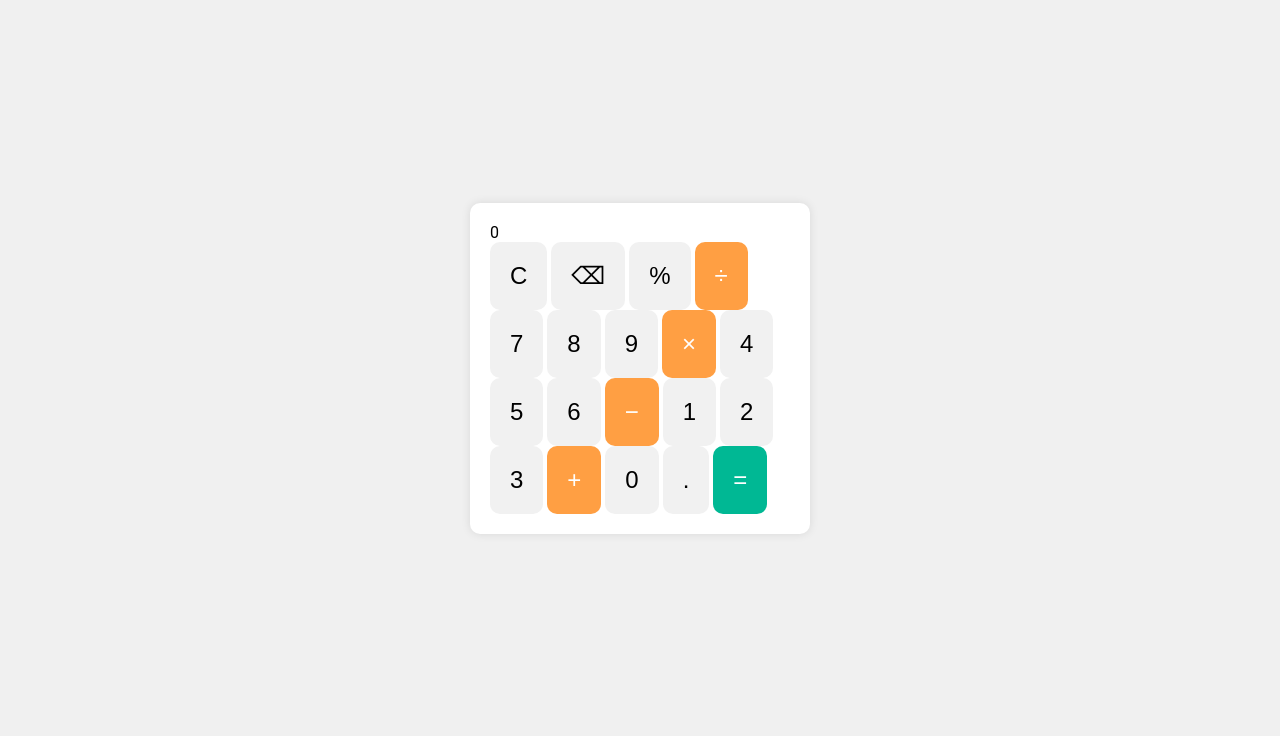
Repository: Barnabasbag/New-folder--2-
Page: in1.html
An editor plug-in stored every save of this project. The page is shown before and after the next save, followed by the edit.
The browser window is 1280 px wide. The pictures show the whole page.

Above is the page before, as saved 2024-06-26 23:37:03.
Not found: script.js

### in1.html
<!DOCTYPE html>
<html lang="en">
<head>
    <meta charset="UTF-8">
    <meta name="viewport" content="width=device-width, initial-scale=1.0">
    <title>Interactive Calculator</title>
    <link rel="stylesheet" href="styles.css">
</head>
<body>
    <div class="container">
        <div class="calculator">
            <div class="display" id="display">0</div>
            <div class="buttons">
                <button class="button" onclick="clearDisplay()">C</button>
                <button class="button" onclick="deleteLast()">⌫</button>
                <button class="button" onclick="appendCharacter('%')">%</button>
                <button class="button operator" onclick="appendCharacter('/')">÷</button>
                <button class="button" onclick="appendCharacter('7')">7</button>
                <button class="button" onclick="appendCharacter('8')">8</button>
                <button class="button" onclick="appendCharacter('9')">9</button>
                <button class="button operator" onclick="appendCharacter('*')">×</button>
                <button class="button" onclick="appendCharacter('4')">4</button>
                <button class="button" onclick="appendCharacter('5')">5</button>
                <button class="button" onclick="appendCharacter('6')">6</button>
                <button class="button operator" onclick="appendCharacter('-')">−</button>
                <button class="button" onclick="appendCharacter('1')">1</button>
                <button class="button" onclick="appendCharacter('2')">2</button>
                <button class="button" onclick="appendCharacter('3')">3</button>
                <button class="button operator" onclick="appendCharacter('+')">+</button>
                <button class="button zero" onclick="appendCharacter('0')">0</button>
                <button class="button" onclick="appendCharacter('.')">.</button>
                <button class="button equals" onclick="calculate()">=</button>
            </div>
        </div>
    </div>
    <script src="script.js"></script>
</body>
</html>

### styles.css
body {
    display: flex;
    justify-content: center;
    align-items: center;
    height: 100vh;
    background-color: #f0f0f0;
    font-family: 'Roboto', sans-serif;
}

.calculator {
    background: #fff;
    padding: 20px;
    border-radius: 10px;
    box-shadow: 0px 0px 10px rgba(0, 0, 0, 0.1);
    width: 300px;
}

.calculator-display {
    background: #222;
    color: #fff;
    font-size: 2em;
    padding: 20px;
    border-radius: 10px;
    text-align: right;
    margin-bottom: 20px;
}

.calculator-buttons {
    display: grid;
    grid-template-columns: repeat(4, 1fr);
    gap: 10px;
}

.button {
    background: #f1f1f1;
    border: none;
    padding: 20px;
    font-size: 1.5em;
    border-radius: 10px;
    transition: background 0.3s ease;
}

.button:hover {
    background: #e1e1e1;
}

.operator {
    background: #ff9f43;
    color: white;
}

.equals {
    grid-column: span 4;
    background: #00b894;
    color: white;
}

After the next save:
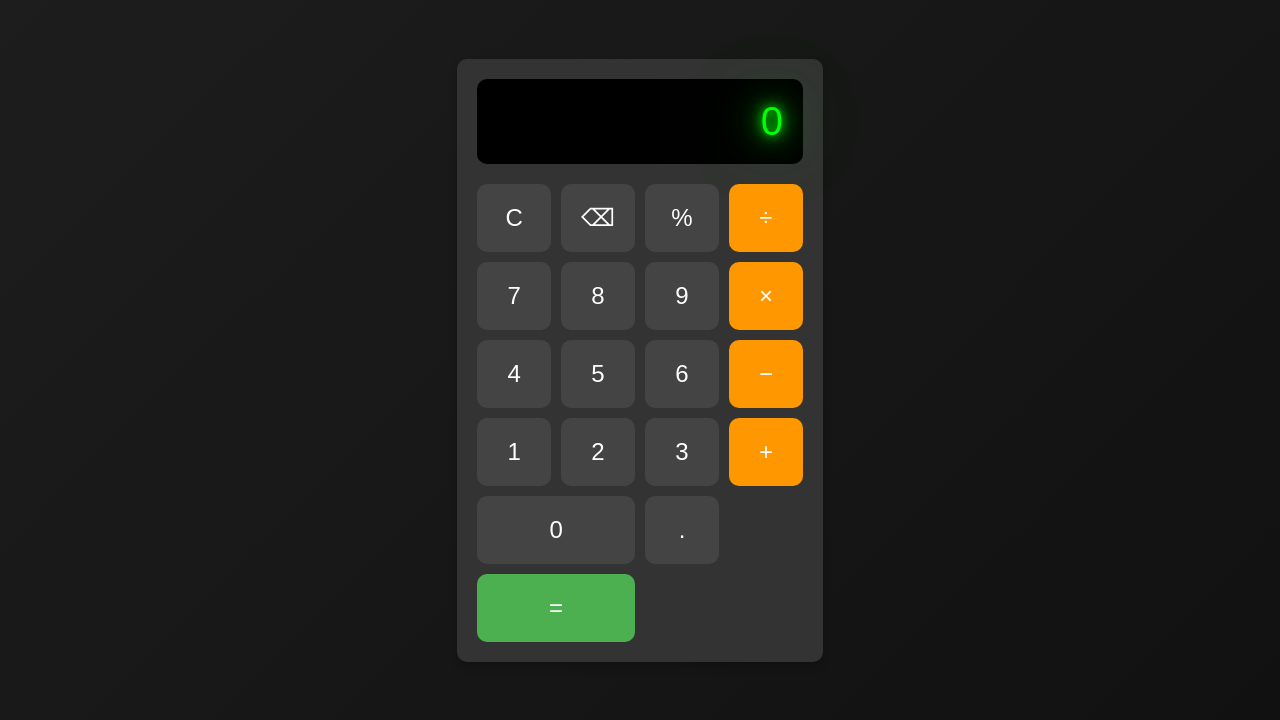
Saved 34 s later.
--- a/styles.css
+++ b/styles.css
@@ -3,54 +3,74 @@ body {
     justify-content: center;
     align-items: center;
     height: 100vh;
-    background-color: #f0f0f0;
-    font-family: 'Roboto', sans-serif;
+    margin: 0;
+    background: linear-gradient(135deg, #1d1d1d 0%, #111 100%);
+    font-family: 'Montserrat', sans-serif;
+}
+
+.container {
+    display: flex;
+    justify-content: center;
+    align-items: center;
 }
 
 .calculator {
-    background: #fff;
+    background: #333;
     padding: 20px;
     border-radius: 10px;
-    box-shadow: 0px 0px 10px rgba(0, 0, 0, 0.1);
-    width: 300px;
+    box-shadow: 0 4px 8px rgba(0, 0, 0, 0.2);
 }
 
-.calculator-display {
-    background: #222;
-    color: #fff;
-    font-size: 2em;
+.display {
+    background: #000;
+    color: #0f0;
+    font-size: 2.5rem;
     padding: 20px;
     border-radius: 10px;
+    margin-bottom: 20px;
     text-align: right;
-    margin-bottom: 20px;
+    animation: glow 1s ease-in-out infinite alternate;
 }
 
-.calculator-buttons {
+.buttons {
     display: grid;
     grid-template-columns: repeat(4, 1fr);
     gap: 10px;
 }
 
 .button {
-    background: #f1f1f1;
+    background: #444;
     border: none;
     padding: 20px;
-    font-size: 1.5em;
+    font-size: 1.5rem;
     border-radius: 10px;
-    transition: background 0.3s ease;
+    cursor: pointer;
+    color: #fff;
+    transition: transform 0.1s ease;
 }
 
 .button:hover {
-    background: #e1e1e1;
+    transform: scale(1.1);
 }
 
 .operator {
-    background: #ff9f43;
-    color: white;
+    background: #ff9800;
 }
 
 .equals {
-    grid-column: span 4;
-    background: #00b894;
-    color: white;
+    background: #4caf50;
+    grid-column: span 2;
 }
+
+.zero {
+    grid-column: span 2;
+}
+
+@keyframes glow {
+    from {
+        text-shadow: 0 0 5px #0f0, 0 0 10px #0f0, 0 0 20px #0f0, 0 0 40px #0f0, 0 0 80px #0f0;
+    }
+    to {
+        text-shadow: 0 0 10px #0f0, 0 0 20px #0f0, 0 0 40px #0f0, 0 0 80px #0f0, 0 0 160px #0f0;
+    }
+}
